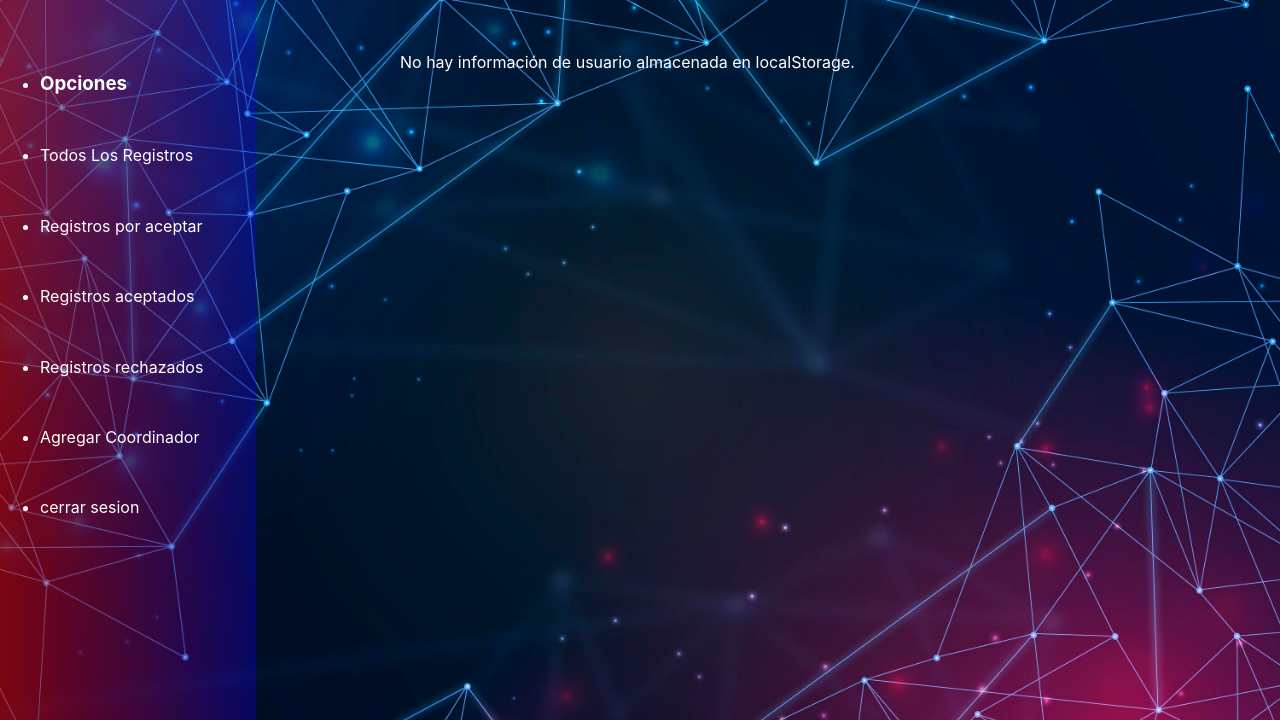
Repository: Davic1o/municipio
Page: /Administrador
An editor plug-in stored every save of this project. The page is shown before and after the next save, followed by the edit.
The browser window is 1280 px wide. The pictures show the whole page.
The project was rebuilt for these pictures with package versions that can differ from the ones it lists, and the page was loaded fresh each time. Also part of the build but not shown: src/pages/Login/login.css, src/pages/Login/Login.jsx, src/hooks/useRegistroActions.jsx, src/hooks/ListRegistros.jsx, src/pages/Administrador/RegistrosPorAceptar.jsx, src/pages/Administrador/tablas.css, src/pages/Administrador/RegistrosRechazados.jsx, src/pages/Administrador/AgregarCoordinador.jsx and 14 more.

Above is the page before, as saved 2024-02-13 07:26:22.

After the next save:
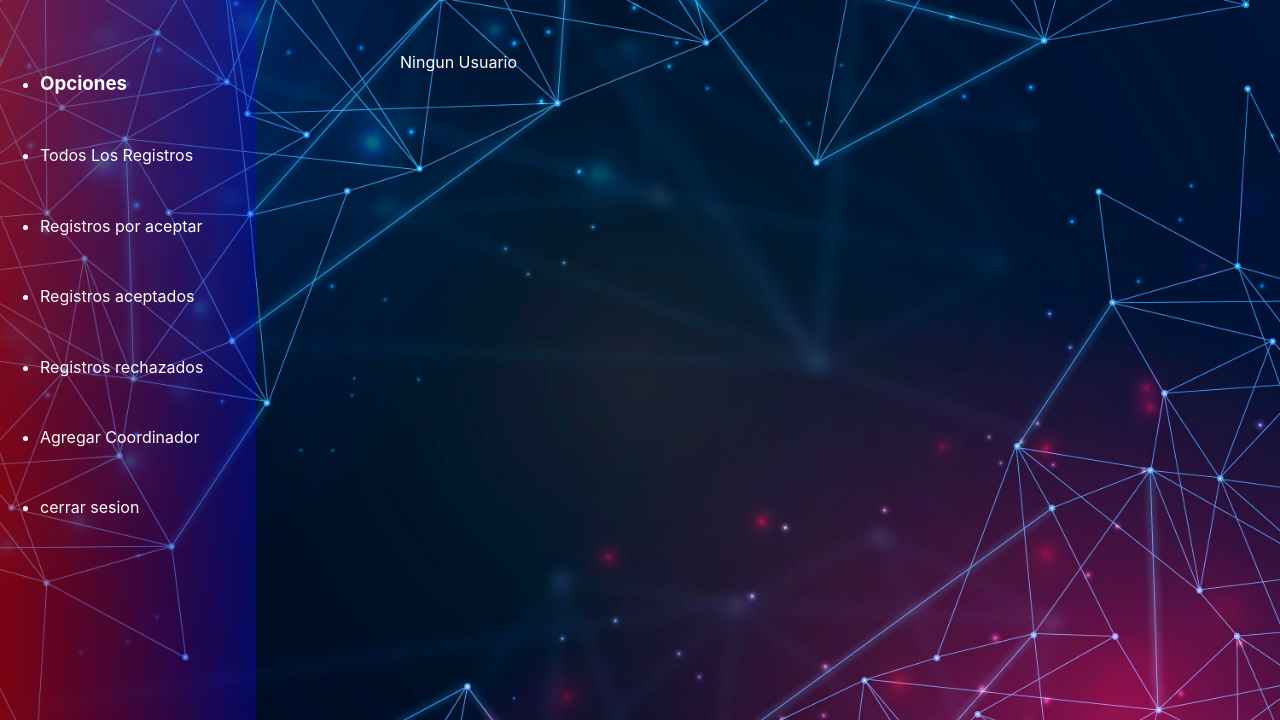
Saved 47 min 27 s later.
--- a/src/pages/Administrador/Admin.jsx
+++ b/src/pages/Administrador/Admin.jsx
@@ -47,15 +47,18 @@ function Admin() {
             {/* Puedes mostrar más información del usuario según tu estructura de datos */}
           </>
         ) : (
-          <p>No hay información de usuario almacenada en localStorage.</p>
+          <div className="Dashboard">
+
+            <p>Ningun Usuario</p>
+          {seccionActual === 'TodosLosregistros' && <TodosRegistros/>}
+          {seccionActual === 'registrosPorAceptar' && <RegistrosPorAceptar />}
+          {seccionActual === 'registrosRechazados' && <RegistrosRechazados />}
+          {seccionActual === 'agregarCoordinador' && <AgregarCoordinador />}
+          {seccionActual === 'registrosAceptados' && <RegistrosAceptados/>}
+          </div>
         )}
 
         {/* Renderiza el componente correspondiente según la sección actual */}
-        {seccionActual === 'TodosLosregistros' && <TodosRegistros/>}
-        {seccionActual === 'registrosPorAceptar' && <RegistrosPorAceptar />}
-        {seccionActual === 'registrosRechazados' && <RegistrosRechazados />}
-        {seccionActual === 'agregarCoordinador' && <AgregarCoordinador />}
-        {seccionActual === 'registrosAceptados' && <RegistrosAceptados/>}
       </div>
     </div>
   );
